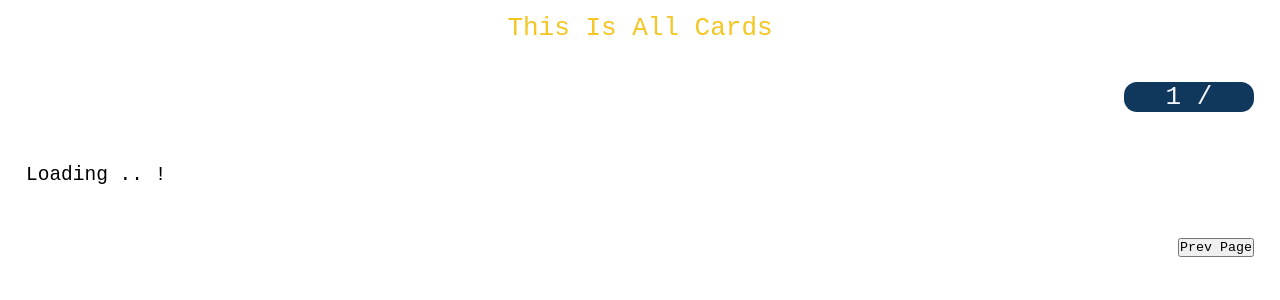
Repository: rehamtaher10/reactQueryTask
Page: /
These files come from the project's save history. The page is drawn as it stood at one moment and after the next save; the edit follows.
The browser window is 1280 px wide. The pictures show the whole page.
The page's requests for data from a server got no answer. The project was rebuilt for these pictures with package versions that can differ from the ones it lists, and the page was loaded fresh each time. No one was signed in, and anything a server would have sent is missing. Also part of the build but not shown: vite.config.js.

Above is the page before, as saved 2024-12-07 20:16:59.

After the next save:
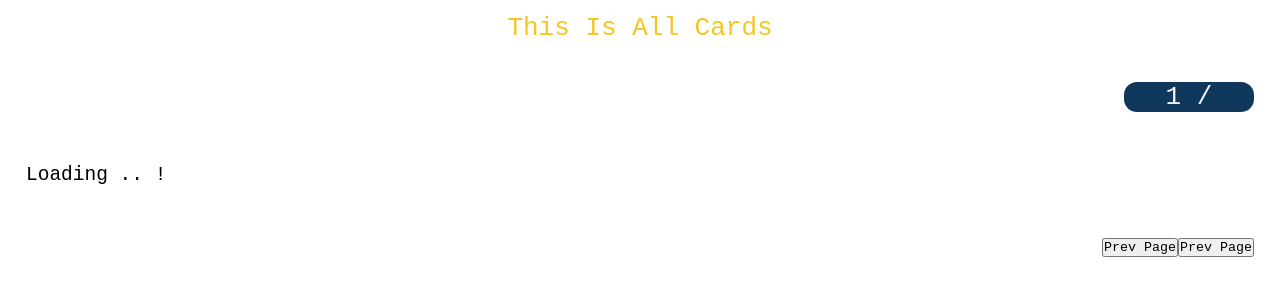
Saved 7 s later.
--- a/src/App.jsx
+++ b/src/App.jsx
@@ -41,6 +41,7 @@ function App() {
       </div>
       <div className="pagination">
         <button>Prev Page</button>
+        <button>Prev Page</button>
 
       </div>
     </>
